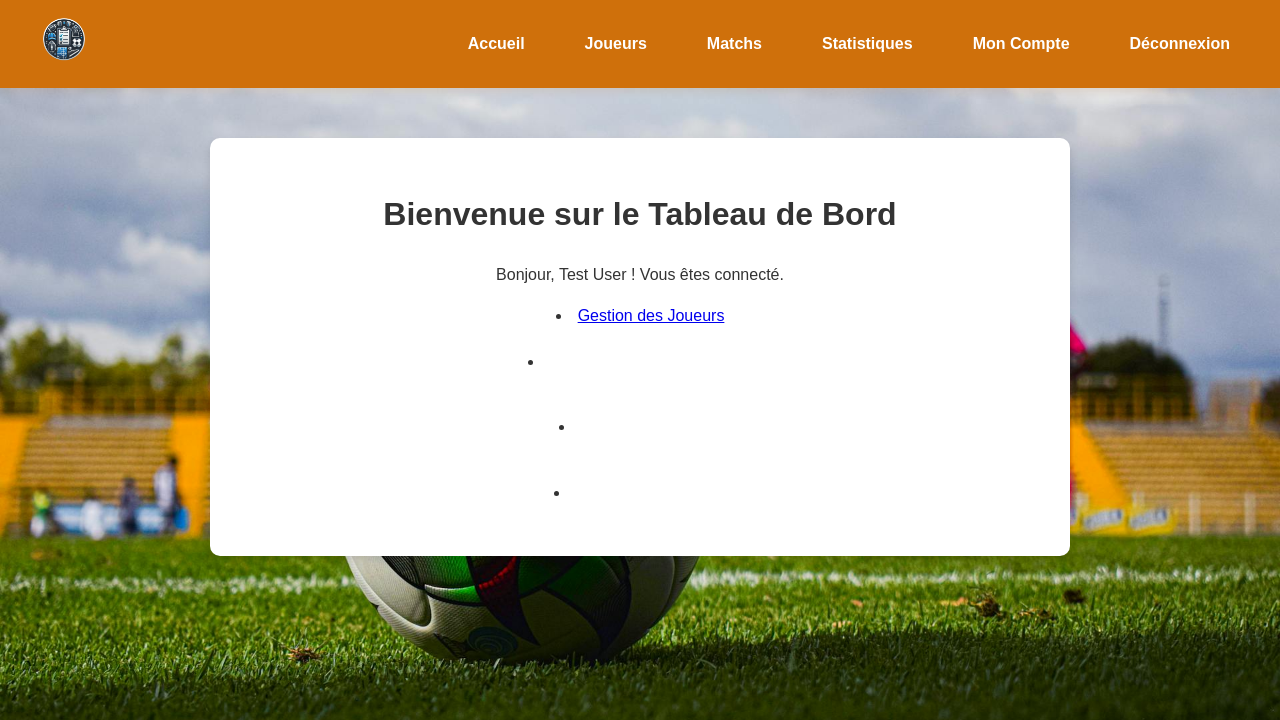
Repository: iisloomx/R401_MiniProjet
Page: http://localhost/views/dashboard.php
The author's editor kept a copy of each file at every save. The page is drawn from the files as they stood at one save, then again after a run of saves.
The browser window is 1280 px wide. The pictures show the whole page.
The page is run by PHP 8.4 with error messages shown; the project is at /var/www/html/. The session is filled in as if someone had signed in: {"id_utilisateur": 1, "utilisateur": "Test User"}.

Above is the page before, as saved 2025-01-19 04:29:52.

After the next 2 saves:
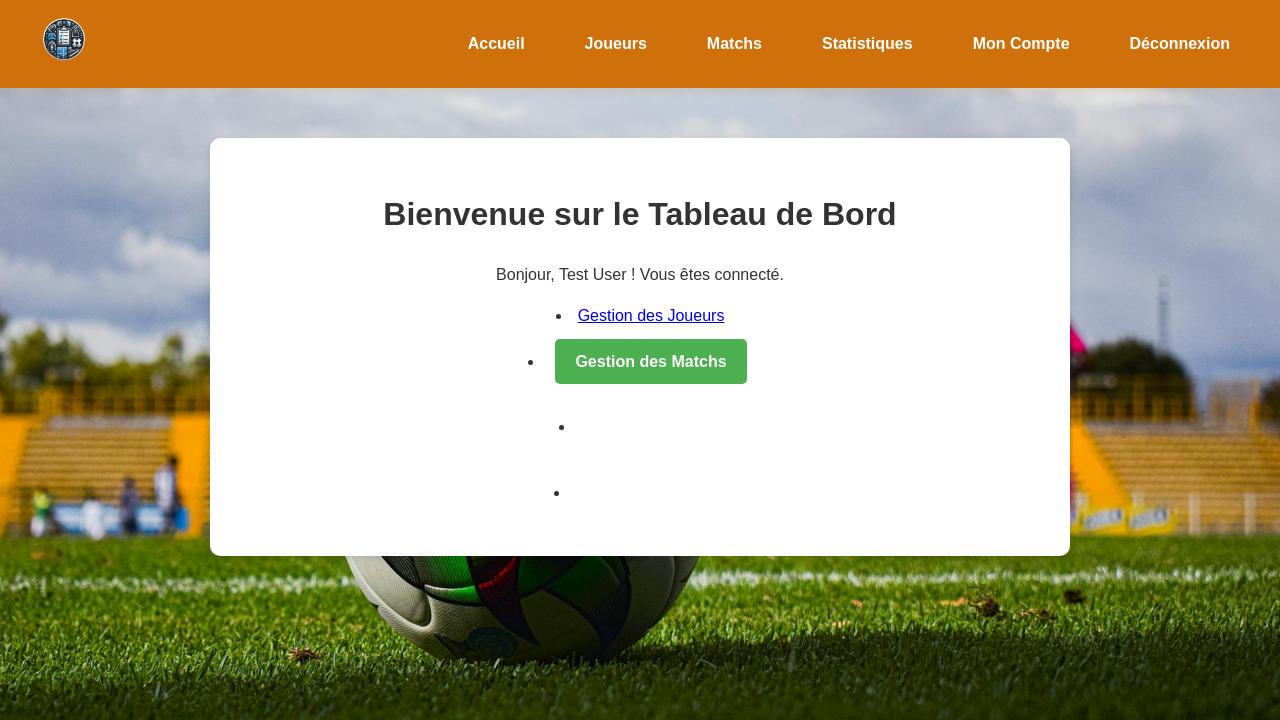
The 2 saves are shown as one change because they came seconds apart.
The last was saved 6 s later.
--- a/views/dashboard.php
+++ b/views/dashboard.php
@@ -30,7 +30,7 @@
 
 
                     <li><a href="../controllers/JoueursController.php?action=liste">Gestion des Joueurs</a></li>
-                    <li><a href="../controllers/MatchsController.php?action=liste" class="btn btn-stat">Gestion des Matchs</a></li>
+                    <li><a href="../controllers/MatchsController.php?action=liste" class="btn btn-gestmatch">Gestion des Matchs</a></li>
                     <li><a href="../controllers/StatistiquesController.php?action=index" class="btn btn-stat">Statistiques</a></li> <!-- Nouveau bouton -->
                     <li><a href="../controllers/DeconnexionController.php" class="btn btn-deco">Déconnexion</a></li>
 
